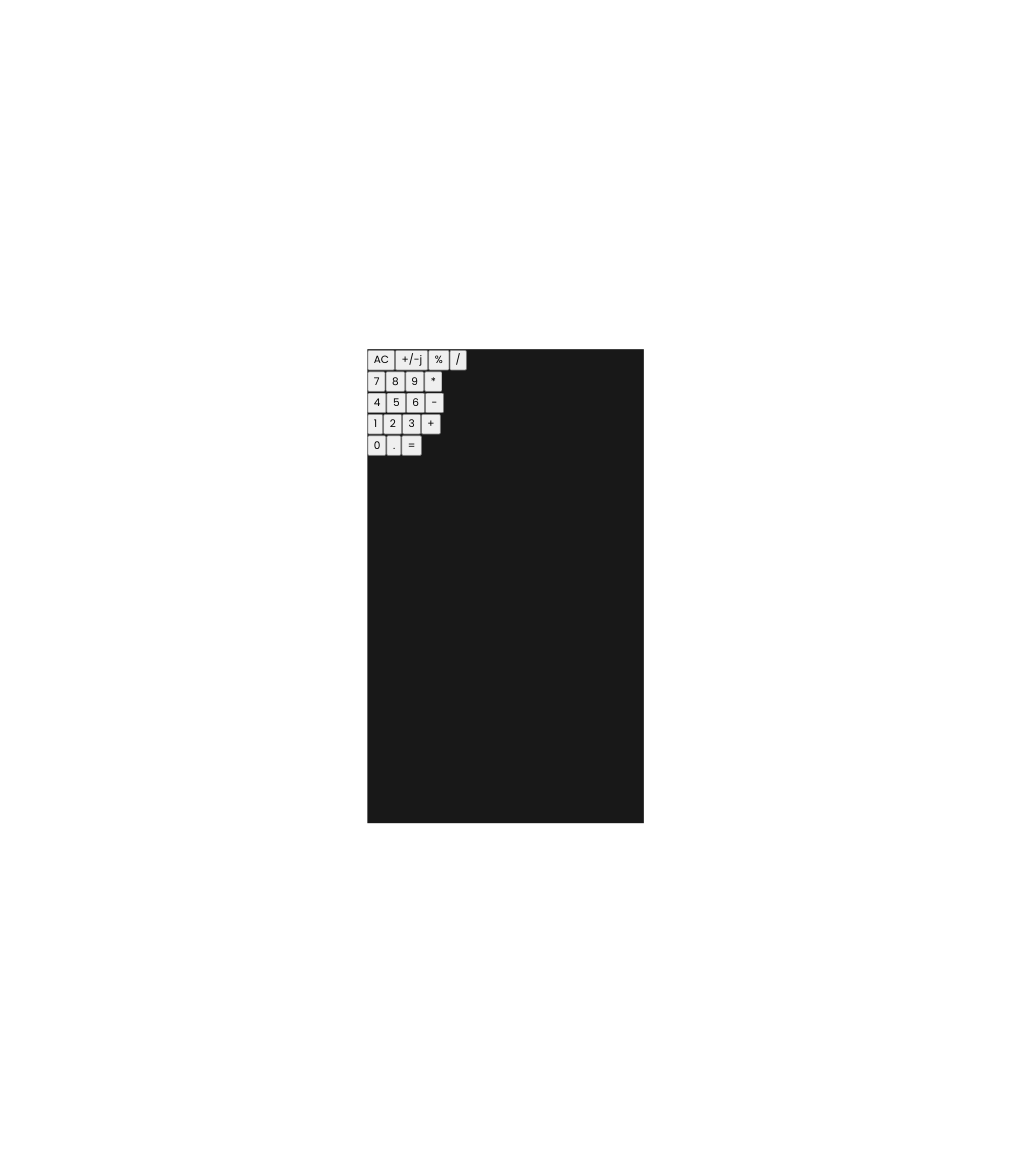
Repository: minhtien9/Calculator
Page: /
An editor plug-in stored every save of this project. The page is shown before and after the next save, followed by the edit.
The browser window is 1280 px wide. The pictures show the whole page, at 79% of full size.
The project was rebuilt for these pictures with package versions that can differ from the ones it lists, and the page was loaded fresh each time. Also part of the build but not shown: src/App.css.

Above is the page before, as saved 2022-07-21 18:16:21.

After the next save:
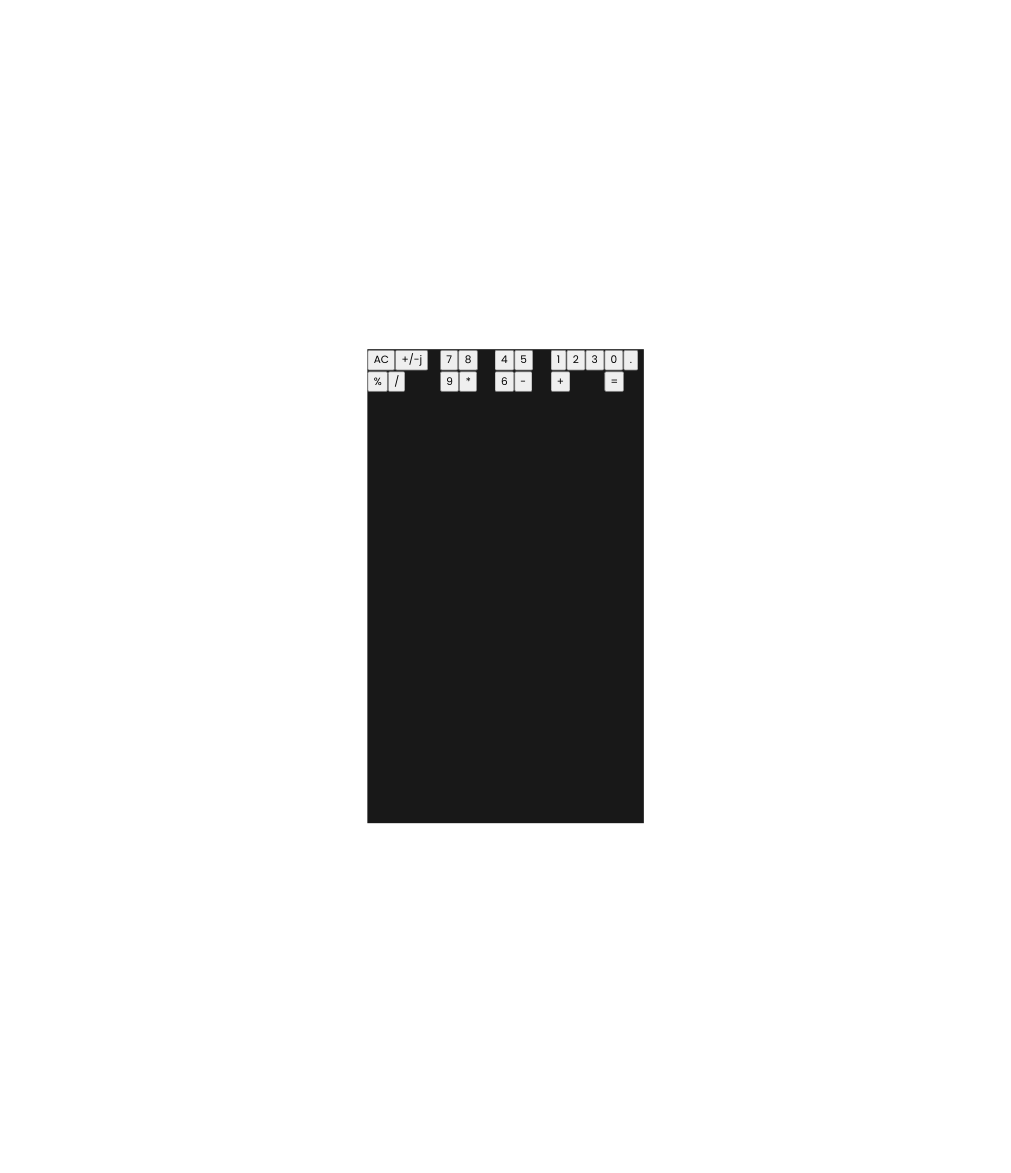
Saved 12 min 3 s later.
--- a/src/Components/Caculator.scss
+++ b/src/Components/Caculator.scss
@@ -10,3 +10,7 @@
     margin: 35% auto;
     background-color: rgb(24, 24, 24);
 }
+
+.keyboard {
+    display: flex;
+}

After the save that followed:
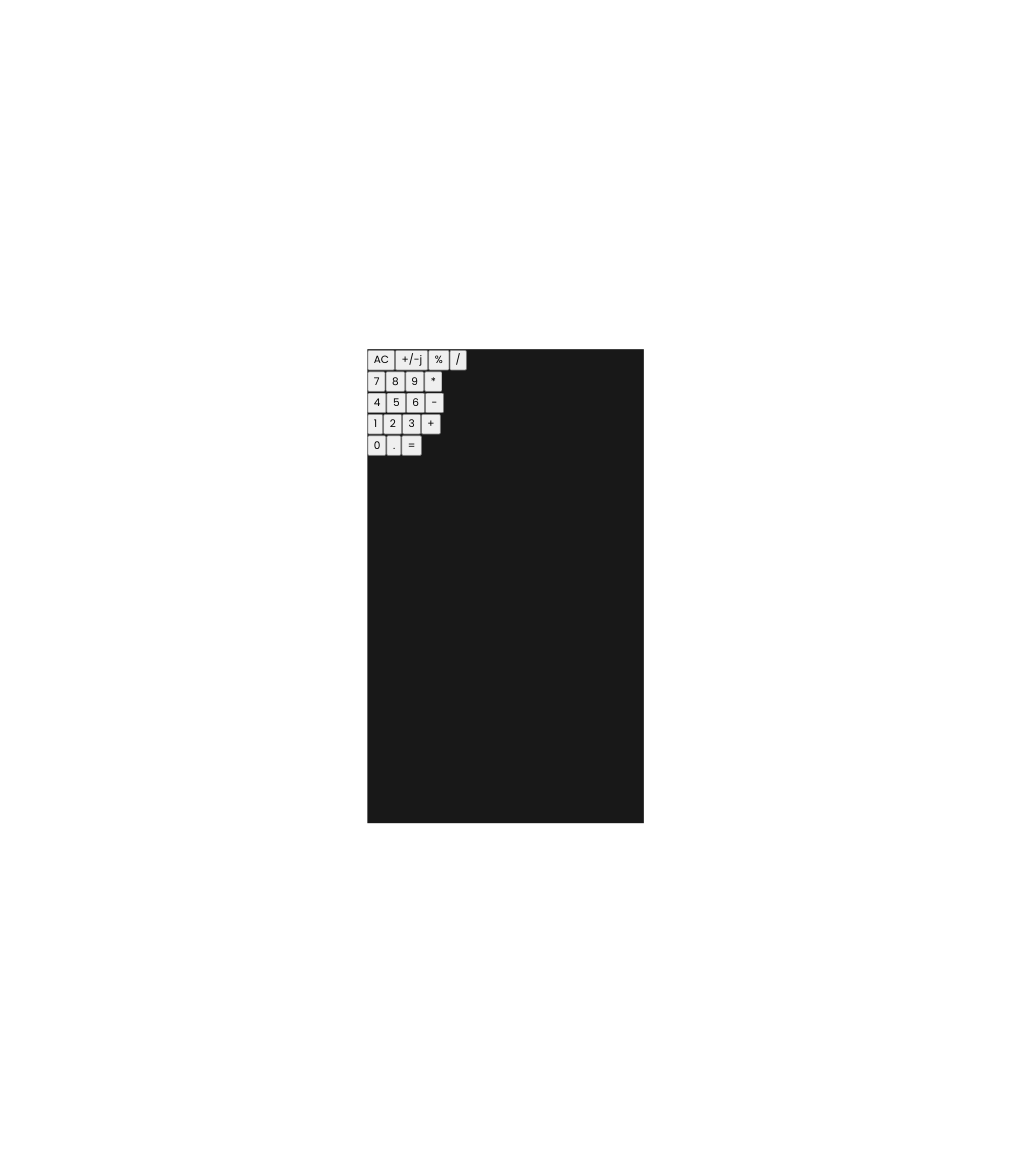
Saved 12 s later.
--- a/src/Components/Caculator.scss
+++ b/src/Components/Caculator.scss
@@ -13,4 +13,5 @@
 
 .keyboard {
     display: flex;
+    flex-direction: column;
 }
